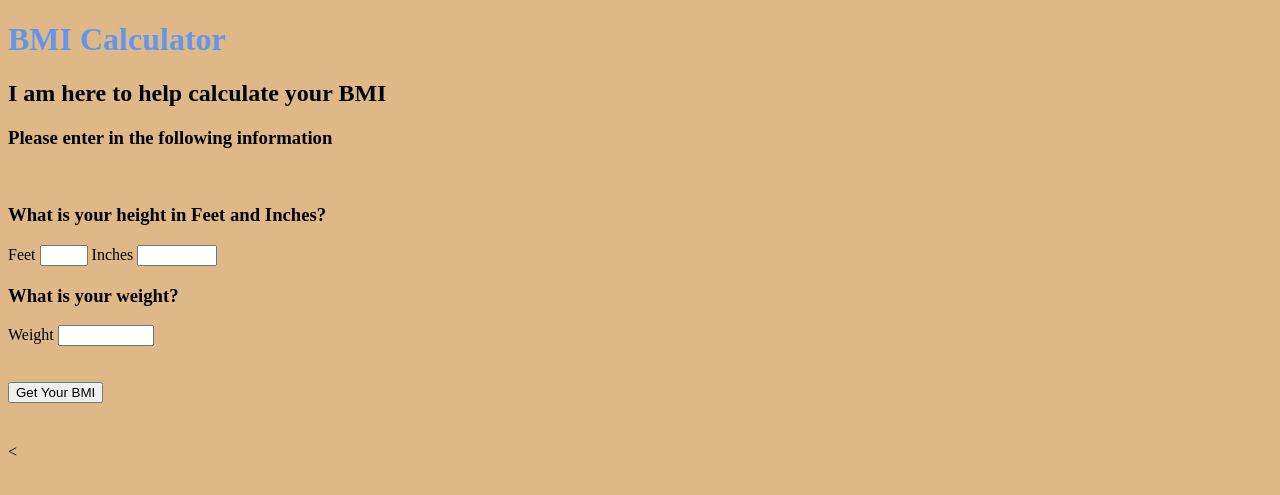
Repository: biesboerTerry-FS/tBiesboer-Public
Page: Introduction to Development 1/BiesboerTerry_ CE07/index.html
These files come from the project's save history. The page is drawn as it stood at one moment and after a run of saves; the edit follows.
The browser window is 1280 px wide. The pictures show the whole page.

Above is the page before, as saved 2023-11-18 19:16:00.

### Introduction to Development 1/BiesboerTerry_ CE07/index.html
<!DOCTYPE html>
<html lang="en">
<head>
    <meta charset="UTF-8">
    <meta name="viewport" content="width=device-width, initial-scale=1.0">
    <link rel="stylesheet" href="css/style.css">
    <title>Biesboer Terry - CE07 Final Project</title>
</head>
<body>
    <h1>BMI Calculator</h1>
    <h2>I am here to help calculate your BMI</h2>
    <h3>Please enter in the following information</h3>
    <br>

    <form ="bmiCalculator">
        <h3>What is your height in Feet and Inches?</h3>
        <label for="heightFeet">Feet</label>
        <input type="number" id="heightFeet" step="1" min="0" max="9" required>
        <label for="heightInches">Inches</label>
        <input type="number" id="heightInches" step=".01" min="0" max="11.99"  required>
        <br>
        <h3>What is your weight?</h3>
        <label for="weight">Weight</label>
        <input type="number" id="weight" step=".01" min="0" max="1400" required>
        <br>
        <br>
        <br>
        <input type="button" id="calcBMI" value="Get Your BMI">
        <br>
        <br>
        <h1 id="finalResult"></h1>
        <img id="image" src="img/" width="400" hidden><
    </form>
    <script src="js/script.js"></script>
</body>
</html>

### Introduction to Development 1/BiesboerTerry_ CE07/css/style.css
body{
    background-color: burlywood;
}

h1{
    color: cornflowerblue;
}

### Introduction to Development 1/BiesboerTerry_ CE07/js/script.js
/* Terry Biesboer
November 18, 2023
Final Project - CE07 */

// Button Code

document.querySelector("#calcBMI").addEventListener("click", function(e){

    // Listen for button click
    if(document.querySelector("#heightFeet").reportValidity() && document.querySelector("#heightInches").reportValidity() && document.querySelector("#weight").reportValidity()
    )
    {
        // Taking values from form
        let heightFt = document.querySelector("#heightFeet").value;
        let heightIn = parseFloat(document.querySelector("#heightInches").value);
        let weightLbs = parseFloat(document.querySelector("#weight").value);

        // Calculate BMI

        // Converting Feet to Inches
        let heightTotal = (heightFt*12) + heightIn;

        let bodyMassIndex = ((( weightLbs / heightTotal ) / heightTotal )*703);

        if(bodyMassIndex >= 0 && bodyMassIndex <=18.49)
        {
            document.querySelector("#finalResult").innerHTML = `Your BMI is ${bmi.toFixed(1)} , indicating your weight is Under Weight Range)}`; document.querySelector("#image").src ="img/underWeight.jpg";
        }
        }

});

After the next 2 saves:
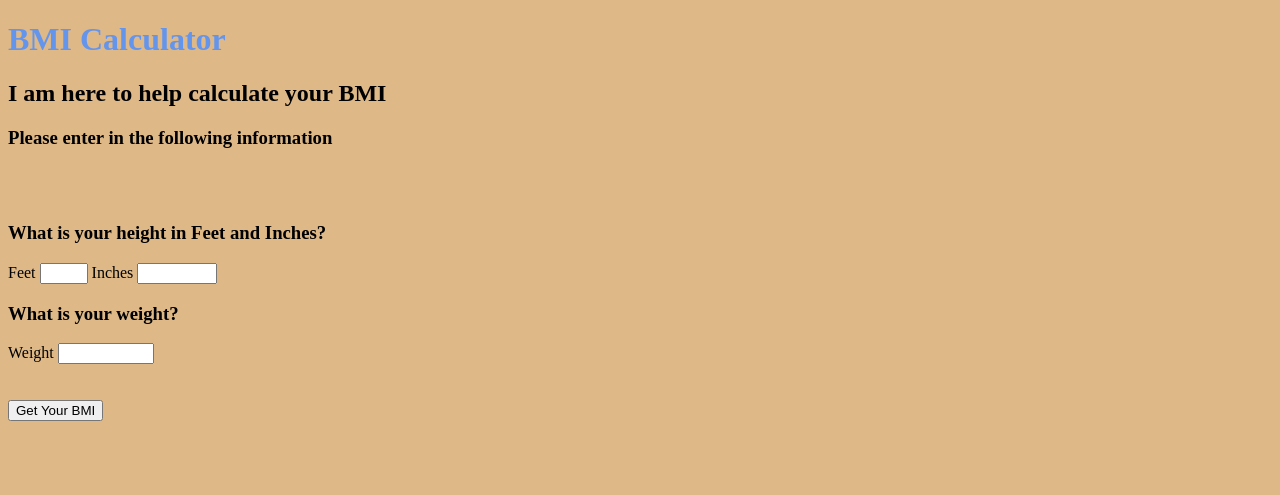
The 2 saves are shown as one change because they came seconds apart.
The last was saved 8 s later.
--- a/Introduction to Development 1/BiesboerTerry_ CE07/index.html
+++ b/Introduction to Development 1/BiesboerTerry_ CE07/index.html
@@ -12,7 +12,7 @@
     <h3>Please enter in the following information</h3>
     <br>
 
-    <form ="bmiCalculator">
+    <img ="bmiCalculator">
         <h3>What is your height in Feet and Inches?</h3>
         <label for="heightFeet">Feet</label>
         <input type="number" id="heightFeet" step="1" min="0" max="9" required>
@@ -29,7 +29,7 @@
         <br>
         <br>
         <h1 id="finalResult"></h1>
-        <img id="image" src="img/" width="400" hidden><
+        <img id="image" src="img/" width="400" hidden></img>
     </form>
     <script src="js/script.js"></script>
 </body>
